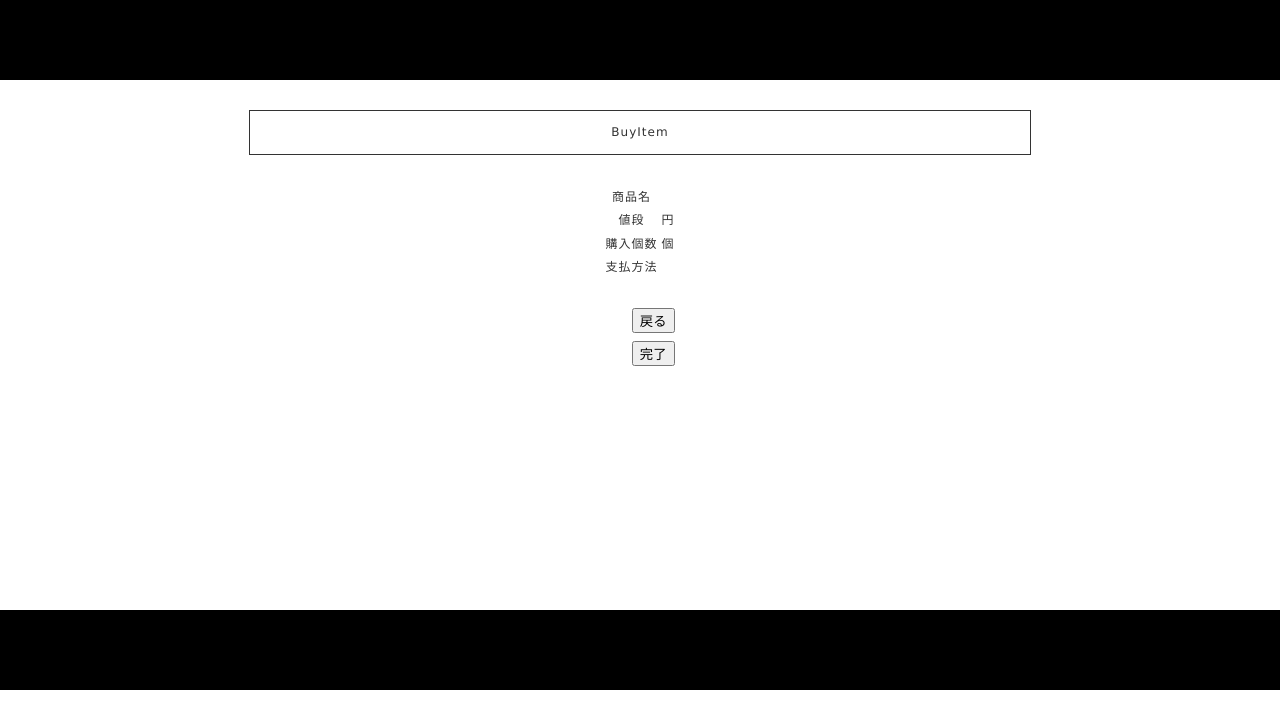
Repository: fujita0830/learning
Page: http://localhost/ecsite/buyItemConfirm.jsp
An editor plug-in stored every save of this project. The page is shown before and after the next save, followed by the edit.
The browser window is 1280 px wide. The pictures show the whole page.
Some web libraries are served in a nearby version. The page is served by Tomcat 9.

Above is the page before, as saved 2019-01-16 08:17:17.

After the next save:
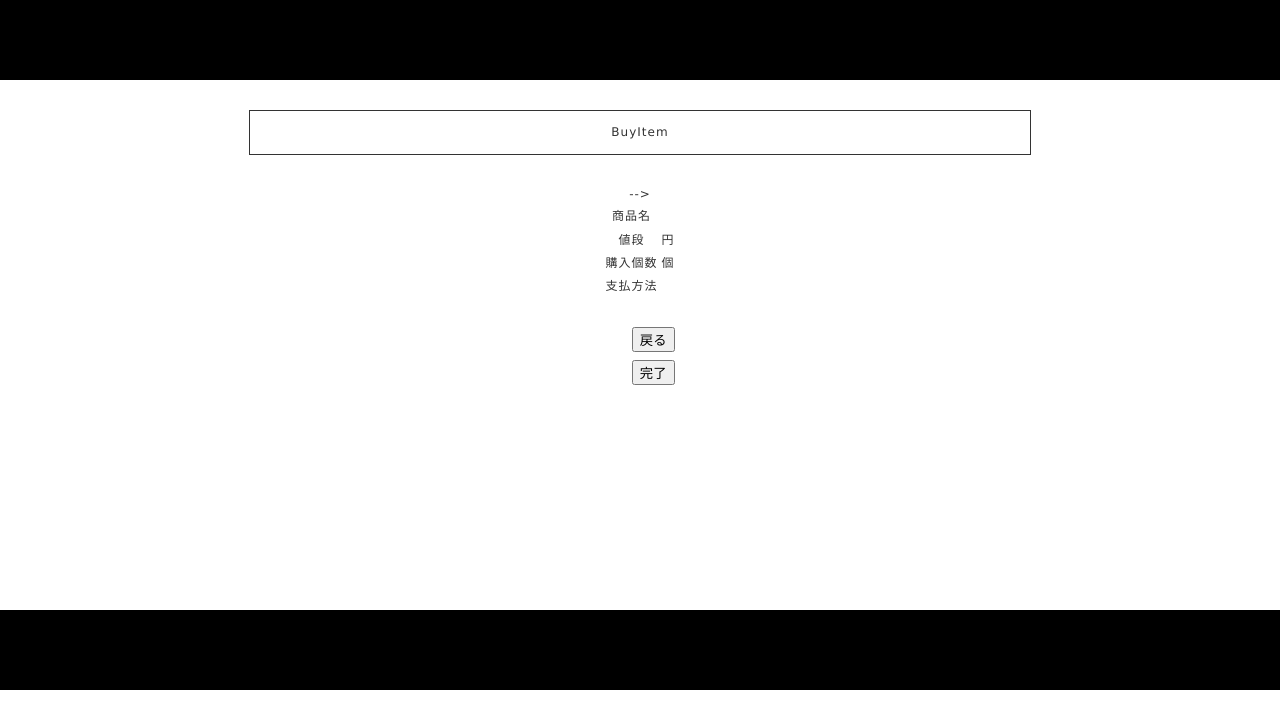
Saved 2 min 28 s later.
--- a/ecsite/WebContent/buyItemConfirm.jsp
+++ b/ecsite/WebContent/buyItemConfirm.jsp
@@ -124,14 +124,12 @@
 							<td>
 
 							<s:submit action="HomeAction" value="戻る"/>
-							<!-- <input type="button" value="戻る"
-							onclick="submitAction('HomeAction')"/>
+
 							</td> -->
 							<td>
 
 							<s:submit action="BuyItemConfirmAction" value="完了"/>
-							<!-- <Input type="button" value="完了"
-							onclick="submitAction('BuyItemConfirmAction')"/> -->
+
 							</td>
 						</tr>
 					</table>

After the save that followed:
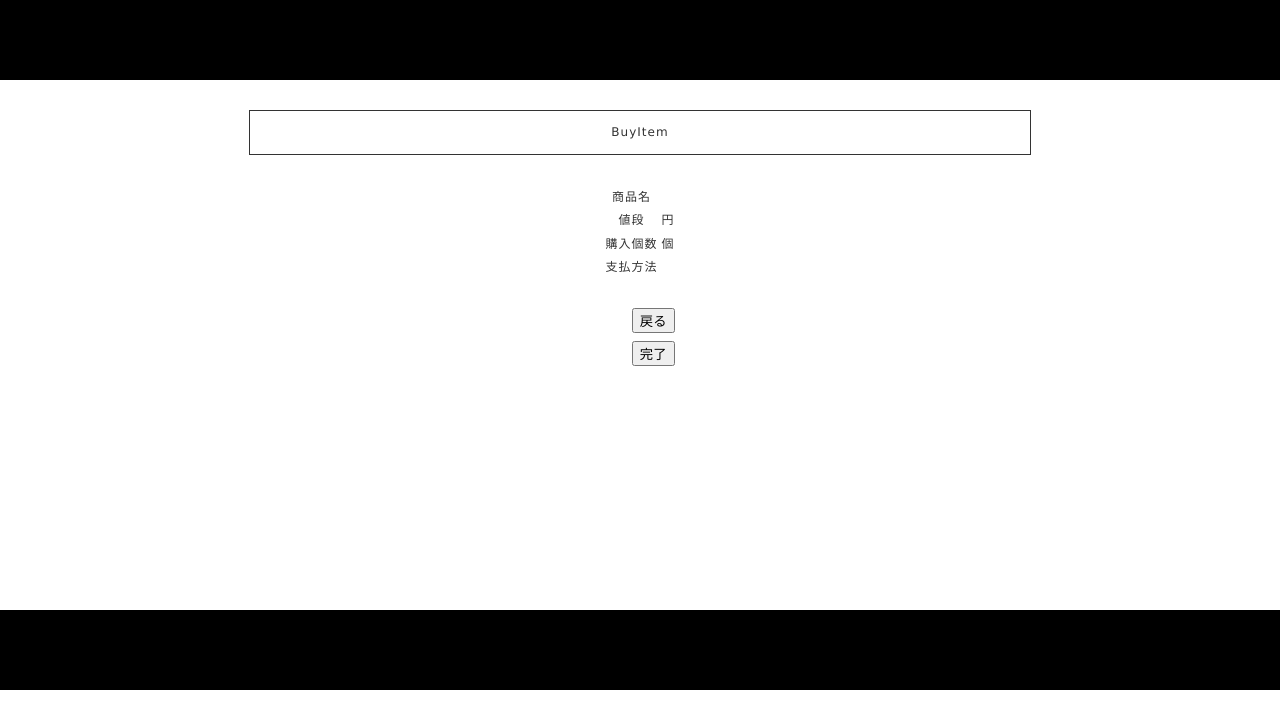
Saved 58 s later.
--- a/ecsite/WebContent/buyItemConfirm.jsp
+++ b/ecsite/WebContent/buyItemConfirm.jsp
@@ -124,12 +124,14 @@
 							<td>
 
 							<s:submit action="HomeAction" value="戻る"/>
-
-							</td> -->
+							<!-- <input type="button" value="戻る"
+							onclick="submitAction('HomeAction')"/> -->
+							</td>
 							<td>
 
 							<s:submit action="BuyItemConfirmAction" value="完了"/>
-
+							<!-- <Input type="button" value="完了"
+							onclick="submitAction('BuyItemConfirmAction')"/> -->
 							</td>
 						</tr>
 					</table>
